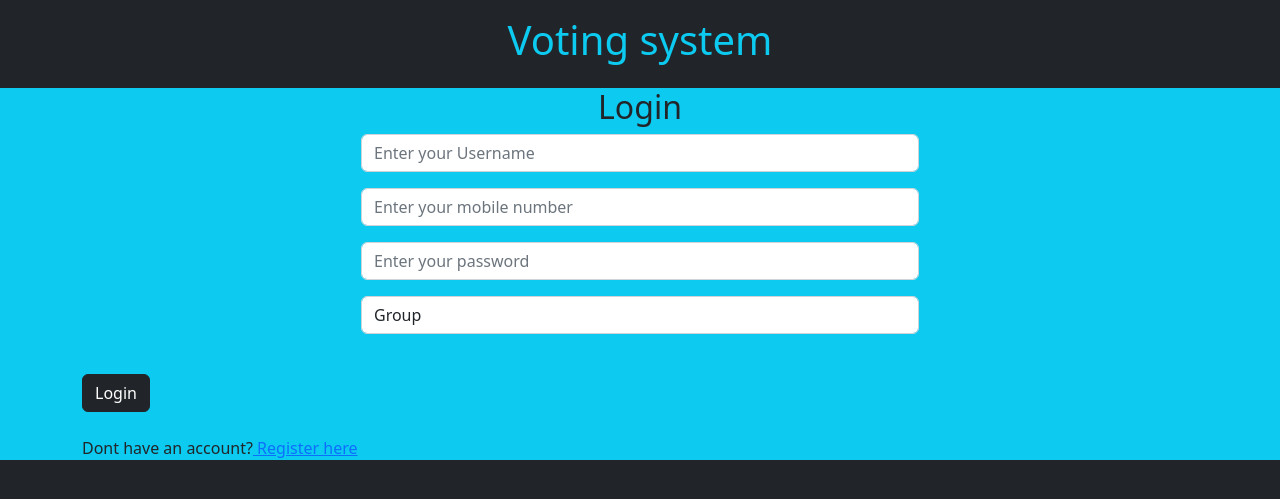
Repository: AvinashLikesToLearnNewStuff/VotingSite
Page: http://localhost/
The author's editor kept a copy of each file at every save. The page is drawn from the files as they stood at one save, then again after the next save.
The browser window is 1280 px wide. The pictures show the whole page.
The page is run by PHP 8.4 with error messages shown; the project is at /var/www/html/.

Above is the page before, as saved 2023-03-09 10:08:51.

After the next save:
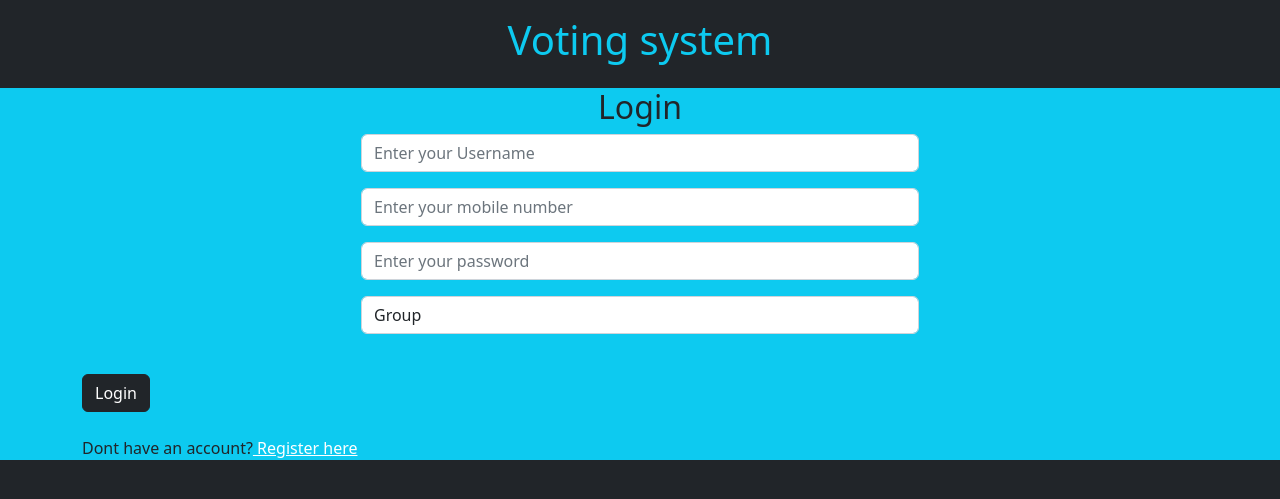
Saved 9 s later.
--- a/index.php
+++ b/index.php
@@ -32,7 +32,7 @@
                     </select>
                 </div>
             <button type="submit" class="btn btn-dark my-4">Login</button>
-            <p>Dont have an account?<a href="#">   Register here</a></p>
+            <p>Dont have an account?<a href="#" class="text-white">   Register here</a></p>
             </form>
         </div>
     </div>
